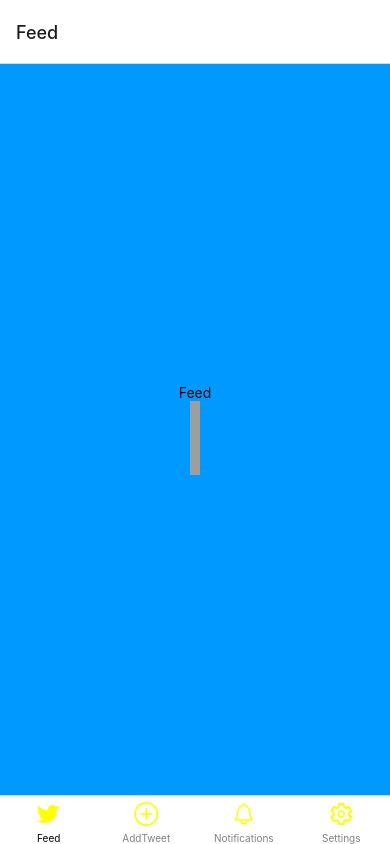
Repository: Deyvid-Kasteh/ReactNativeNavigationTraining
Screen: /
An editor plug-in stored every save of this project. The screen is shown before and after the next save, followed by the edit.
Pictures or frames that could not be fetched are drawn as grey boxes. The app was drawn by React Native's web renderer in a window 390 px wide. The project was rebuilt for these pictures with package versions that can differ from the ones it lists, and the page was loaded fresh each time. Also part of the build but not shown: screens/BottomTab/Notifications.js, screens/BottomTab/AddTweet.js, screens/BottomTab/Settings.js.

Above is the screen before, as saved 2023-08-03 16:52:58.

After the next save:
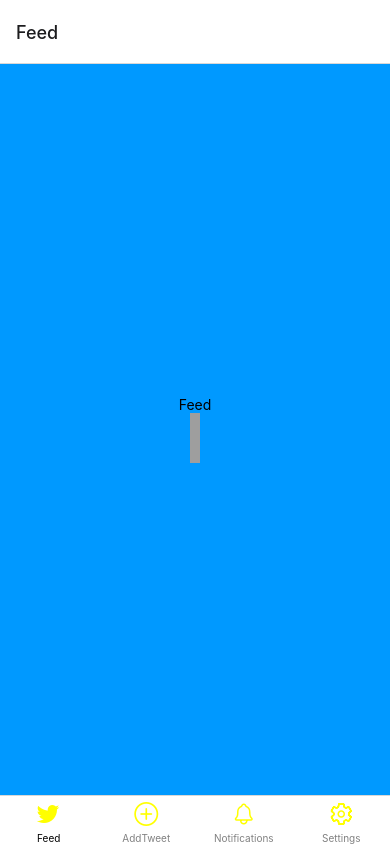
Saved 6 s later.
--- a/screens/BottomTab/Feed.js
+++ b/screens/BottomTab/Feed.js
@@ -25,7 +25,7 @@ export default function Feed() {
     return (
       <View style={styles.container}>
         <Text>Feed</Text>
-        <Image style={{width: 10, height: '10%'}}
+        <Image style={{width: 10, height: 50}}
           source={{
             uri: "https://avatars.githubusercontent.com/u/99744584?s=96&v=4",
           }}
